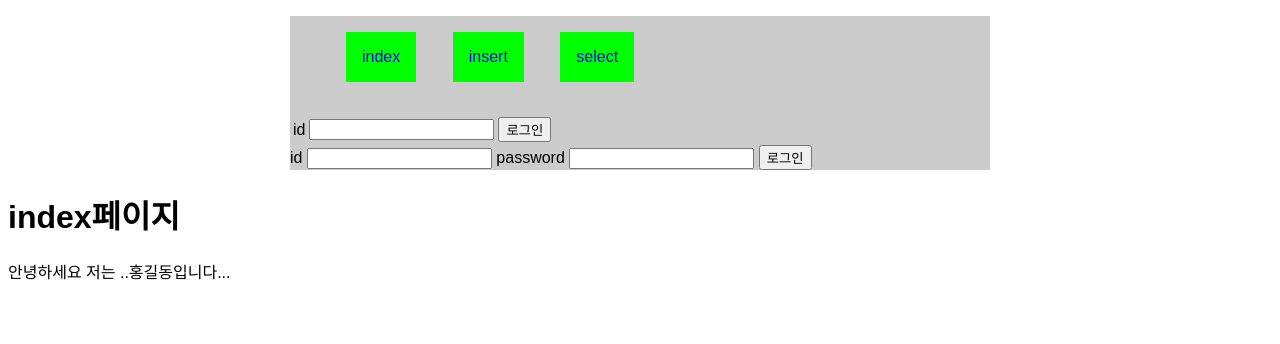
Repository: rlawnsgh714/Java
Page: http://localhost/ex0405/
These files come from the project's save history. The page is drawn as it stood at one moment and after the next save; the edit follows.
The browser window is 1280 px wide. The pictures show the whole page.
Some web fonts or font styles are not loaded; a fallback is used. The page is served by Tomcat 9.

Above is the page before, as saved 2022-04-19 06:42:58.

### javaclass/ex0405/src/main/webapp/index.jsp
<%@ page language="java" contentType="text/html; charset=UTF-8"
    pageEncoding="UTF-8"%>
<!DOCTYPE html>
<html>
<head>
<meta charset="UTF-8">
<title>Insert title here</title>
<link href="https://fonts.googleapis.com/css?family=Black+Han+Sans:400" rel="stylesheet">
<style>
	*{
		font-family: 'Black Han Sans', sans-serif;
	}
	.container{
		margin: 0 auto;
		width:700px;
		background-color: #ccc;
	}
	ul{
		list-style: none;
	}
	li{
		display : inline;
	}
	a{
		background-color: lime;
		display : inline-block;
		margin : 1rem;
		padding : 1rem;
		text-decoration: none;
	}
</style>
</head>
<body>
<%@ include file="nav.jsp" %>
<h1>index페이지</h1>
<p>
안녕하세요 저는 ..홍길동입니다...
</p>
</body>
</html>

### javaclass/ex0405/src/main/webapp/nav.jsp
<%@ page language="java" contentType="text/html; charset=UTF-8"
    pageEncoding="UTF-8"%>
<div class="container">
	<ul>
		<li><a href="index.jsp">index</a></li>
		<li><a href="insert.jsp">insert</a></li>
		<li><a href="select.jsp">select</a></li>
	</ul>
	<div>
		<form>
			<table>
				<tr>
					<td>id</td>
					<td><input type="text" name="id"></td>
					<td><input type="button" value="로그인"></td>
				</tr>
			</table>
			id <input type="text" name="id"/>
			password <input type="text" name="password"/>
			<input type="button" value="로그인"/>
		</form>
	</div>
</div>

After the next save:
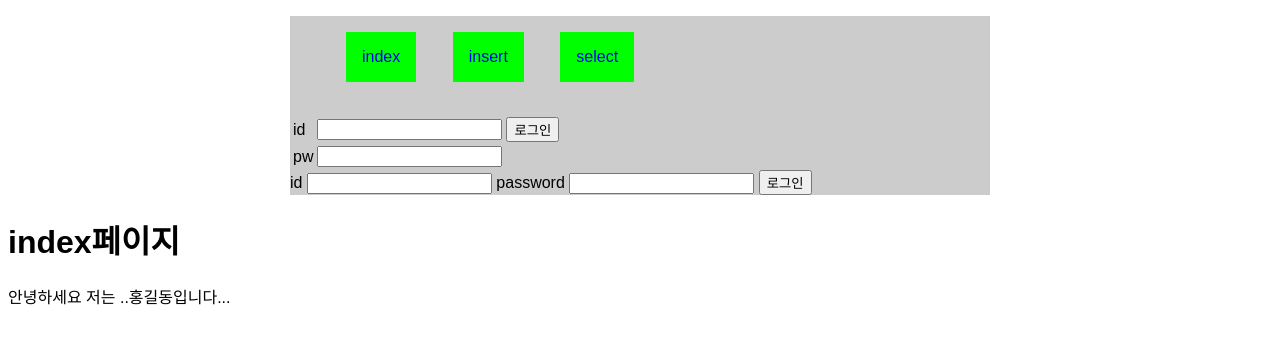
Saved 104 s later.
--- a/javaclass/ex0405/src/main/webapp/nav.jsp
+++ b/javaclass/ex0405/src/main/webapp/nav.jsp
@@ -14,6 +14,10 @@
 					<td><input type="text" name="id"></td>
 					<td><input type="button" value="로그인"></td>
 				</tr>
+				<tr>
+					<td>pw</td>
+					<td><input type="password" name="password"></td>
+				</tr>
 			</table>
 			id <input type="text" name="id"/>
 			password <input type="text" name="password"/>
